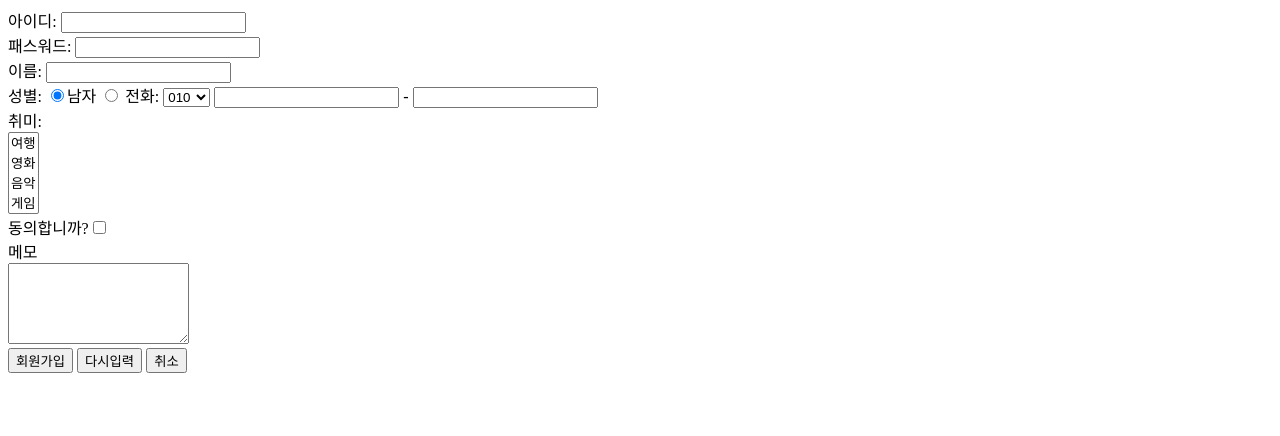
Repository: ProSleeper/itwill
Page: http://localhost/study/day1/test2.jsp
An editor plug-in stored every save of this project. The page is shown before and after the next save, followed by the edit.
The browser window is 1280 px wide. The pictures show the whole page.
The page is served by Tomcat 9.

Above is the page before, as saved 2022-07-18 02:16:19.

### study/WebContent/day1/test2.jsp
<%@ page language="java" contentType="text/html; charset=UTF-8"
	pageEncoding="UTF-8"%>
<!DOCTYPE html>
<html>
<head>
<meta charset="UTF-8">
<title>Insert title here</title>
</head>
<body>

<!-- 일반적으로 form양식은 post방식을 씀 -->
	<form action="" method="post" name="myForm">

		아이디: <input type="text" name="userId" /><br /> 패스워드: <input
			type="password" name="userPwd" /><br /> 이름: <input type="text"
			name="userName" /><br /> 성별: <input type="radio" name="gender"
			value="M" checked="checked" />남자 <input type="radio" name="gender"
			value="F" /> 전화: <select name="tel1"><br/>
			<option value="">선택</option>
			<option value="010" selected="selected">010</option>
			<option value="070">070</option>
			<option value="011">011</option>

		</select> <input type="text" name="tel2" /> - <input type="text" name="tel3"><br />

		취미: <br/><select multiple="multiple" size="4" name="hobby">
			<option value="여행">여행</option>
			<option value="영화">영화</option>
			<option value="음악">음악</option>
			<option value="게임">게임</option>

		</select><br/>

		 동의합니까?<input type="checkbox" name="agreeChk" value="Y"><br />

		메모<br />
		<textarea rows="5" cols="20" name="memo"></textarea><br/>

		<input type="button" value="회원가입" onclick="" />
		<input type="reset" value="다시입력" />
		<input type="button" value="취소" />




	</form>



</body>
</html>

After the next save:
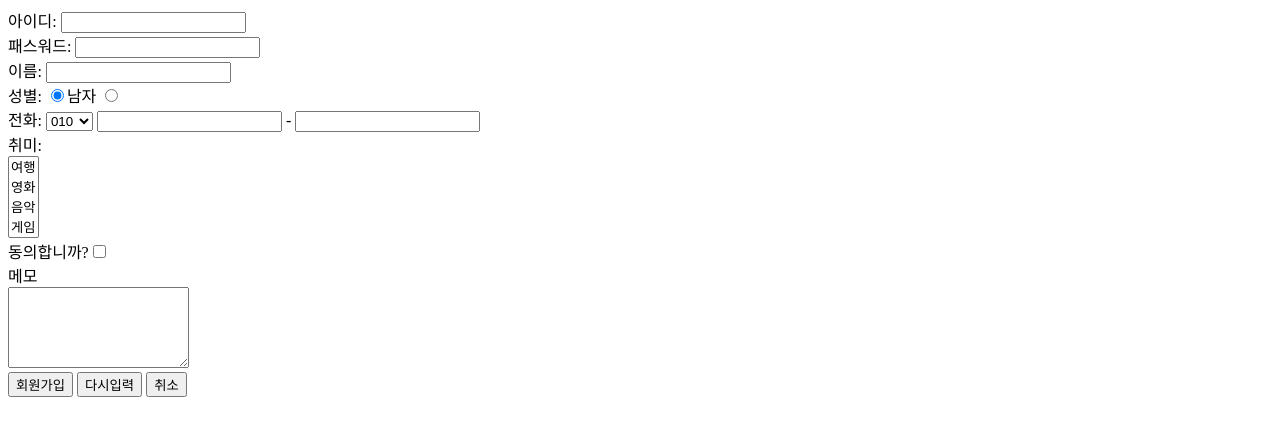
Saved 9 s later.
--- a/study/WebContent/day1/test2.jsp
+++ b/study/WebContent/day1/test2.jsp
@@ -15,7 +15,7 @@
 			type="password" name="userPwd" /><br /> 이름: <input type="text"
 			name="userName" /><br /> 성별: <input type="radio" name="gender"
 			value="M" checked="checked" />남자 <input type="radio" name="gender"
-			value="F" /> 전화: <select name="tel1"><br/>
+			value="F" /><br/> 전화: <select name="tel1">
 			<option value="">선택</option>
 			<option value="010" selected="selected">010</option>
 			<option value="070">070</option>
